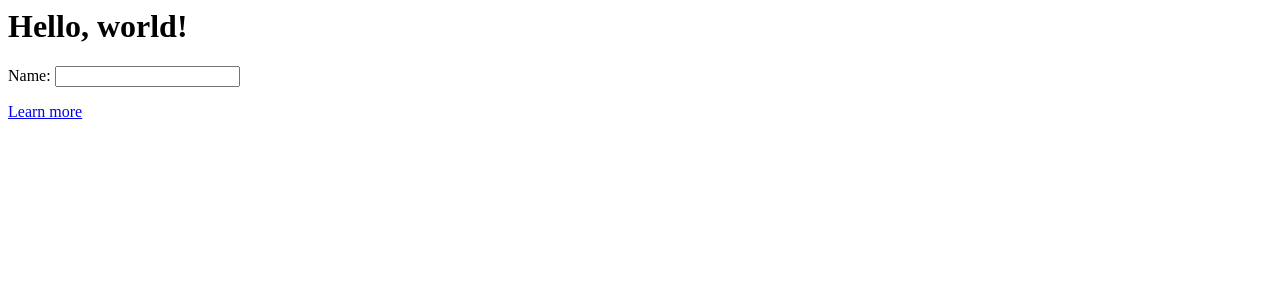
Repository: glennDufraing/examen-webtech-Mod
Page: examenFilms/app/_attachments/assets/views/home.html
An editor plug-in stored every save of this project. The page is shown before and after the next save, followed by the edit.
The browser window is 1280 px wide. The pictures show the whole page.

Above is the page before, as saved 2017-11-08 14:15:20.

After the next save:
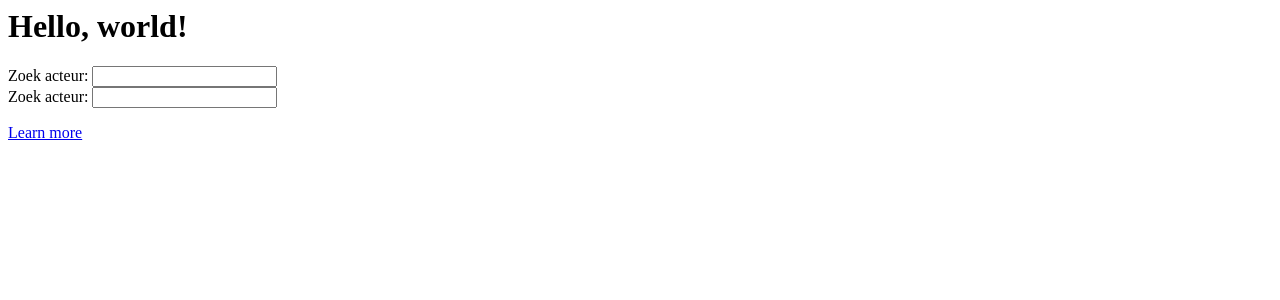
Saved 5 min 15 s later.
--- a/examenFilms/app/_attachments/assets/views/home.html
+++ b/examenFilms/app/_attachments/assets/views/home.html
@@ -1,10 +1,14 @@
 <div class="jumbotron">
   <h1 class="display-3">Hello, world!</h1>
   <div class="form-group">
-  <label for="usr">Name:</label>
-  <input type="text" class="form-control" id="usr">
+  <label for="voornaam">Zoek acteur: </label>
+  <input type="text" class="form-control" id="voornaam">
+</div>
+ <div class="form-group">
+  <label for="achternaam">Zoek acteur: </label>
+  <input type="text" class="form-control" id="achternaam">
 </div>
   <p class="lead">
-    <a class="btn btn-primary btn-lg" href="#" role="button">Learn more</a>
+    <a class="btn btn-primary btn-lg" href="#/movies" role="button">Learn more</a>
   </p>
 </div>
